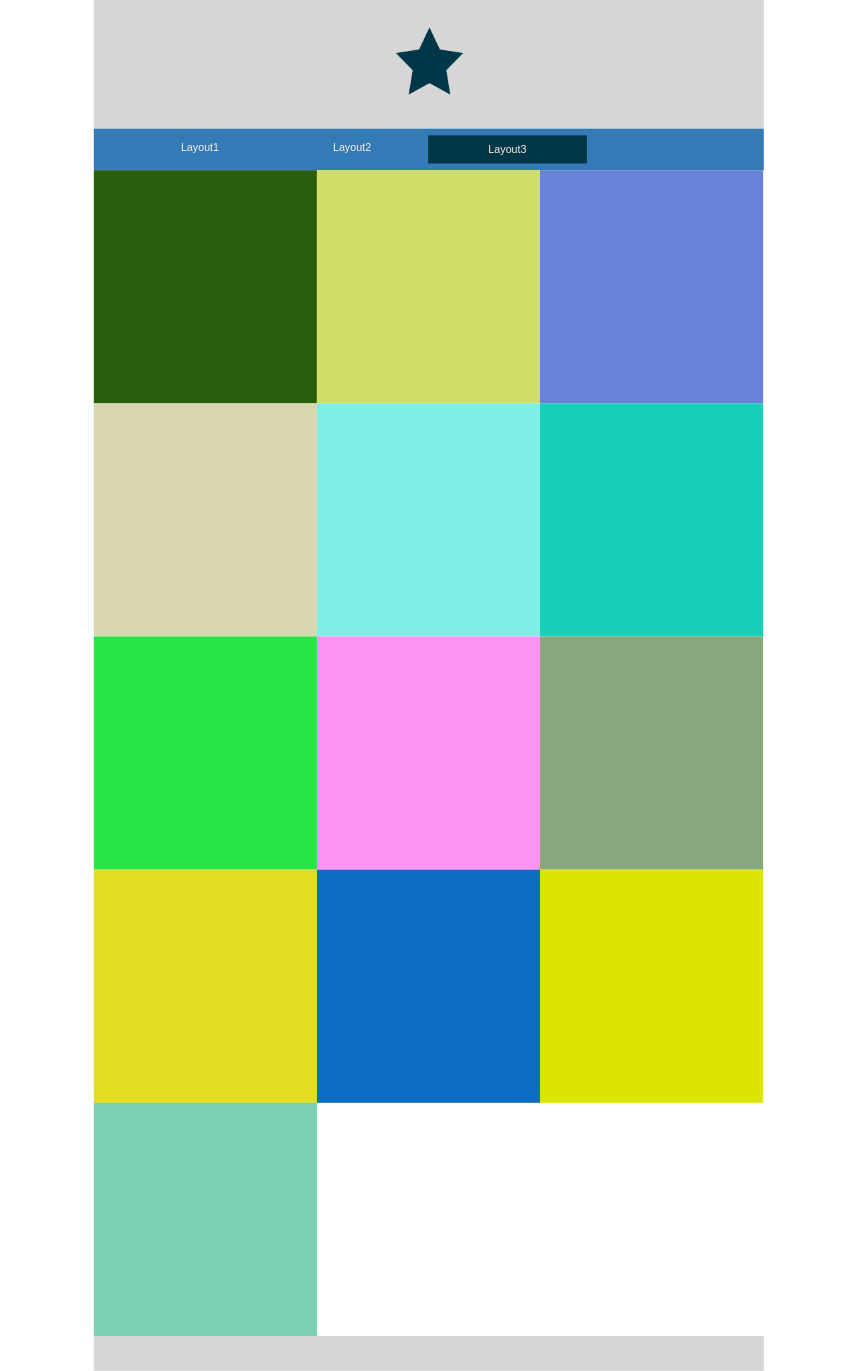
Repository: baliayassin/MyGame
Page: Documents/Aptana Studio 3 Workspace/homeWork2/layOut3.html
These files come from the project's save history. The page is drawn as it stood at one moment and after the next save; the edit follows.
The browser window is 1280 px wide. The pictures show the whole page, at 67% of full size.

Above is the page before, as saved 2017-12-13 11:53:55.
Console error: TypeError: Cannot set properties of undefined (setting 'innerHTML')

### Documents/Aptana Studio 3 Workspace/homeWork2/layOut3.html
<!DOCTYPE html >
<html>



	<head>

		<title> HomeWork2</title>
		<link rel="stylesheet" href="includes/style.css" />

		<meta charset="utf-8" />
	</head>

	<body id="wrapper3">

		<header>
	       <a href="layOut3.html"> </a>
        </header>


<main>
   <nav>
				<ul>
					<li> <a href="index.html">Layout1 </a> </li>
					<li> <a href="layOut2.html">Layout2 </a></li>
					<li><span> <a href="layOut3">Layout3 </a> </span></li>

				</ul>


			</nav>
			<article id="boxes">

				 </article>


		</main>



		<script src="includes/main.js"></script>
	<div class="clear"></div>
<footer>
	</footer>
	</body>




</html>

### Documents/Aptana Studio 3 Workspace/homeWork2/includes/style.css
*{
	margin:0px;
	padding: 0px;
}

main, nav, aside, footer, section, article, header {
	display:  block;

}

#wrapper {
	margin: 0px auto;
	width: 1000px;
}
#wrapper header{

	height:192px;
	background: #d6d6d6;

}

#wrapper header a{

	width:102px;
	height:102px;
	background-image:url("../images/star.png");
	position:relative;
	display:block;
	margin:0px auto;
	top: 40px;
    background-repeat: no-repeat;


}


#wrapper nav {

	height: 62px;
	background: #337AB7;

}

#wrapper nav ul{

	list-style-type: none;
	text-decoration: none;
	margin-left: 45px;

}

#wrapper nav ul li{

	float:left;

}

#wrapper nav a{

	display: inline-block;
	text-decoration: none;
	color: #ffeedd;
	font-family: Arial;



}

#wrapper nav span a{

	background:#003748;
	margin:10px auto;
	padding:12px 90px;


}
#wrapper nav li > a{

	margin:20px 85px;

}
#wrapper section{
	direction:rtl;
	display: inline-block;
	margin-top: 100px;
	vertical-align: top;


}
#wrapper section article{

	display:block;
	background: #62C462;
	margin-right: 25px;
	margin-left: 32px;
	margin-top: 30px;
}

#wrapper section article:first-child{

	height:121px;
	width:699px;


}
#wrapper section article:nth-child(2){

	height: 200px;
	width: 699px;


}
#wrapper section article:nth-child(3){

	height: 125px;
	width: 186px;


}

#wrapper aside{

	background: #EEEEEE;
	height: 697px;
	width: 240px;
	display: inline-block;

}

#wrapper aside article{

	background: #62C462;
	width:185px;
	height:126px;
	position: relative;
	margin-top: 264px;
	margin-left: 45px;


}

#wrapper footer{

	height:52px;
	background: #D6D6D6;
	margin-top:-4px;

}






/*********************************************************/



#wrapper2 {
	margin: 0px auto;
	width: 1000px;
}
#wrapper2 header{

	height:192px;
	background: #d6d6d6;

}

#wrapper2 header a{

	width:102px;
	height:102px;
	background-image:url("../images/star.png");
	position:relative;
	display:block;
	margin:0px auto;
    top: 40px;
    background-repeat: no-repeat;


}


#wrapper2 nav {

	width:146px;
	height: 759px;
	background: #337AB7;
    float:left;
    display: inline-block;
}




#wrapper2 nav ul {
	list-style-type: none;
}

#wrapper2 nav a{
	display: inline-block;
	text-decoration: none;
	color: #ffeedd;
	font-family: "Arial";
}

#wrapper2 nav li > a{
	margin-top: 6px;
	margin-bottom: 22px;
	margin-left: 6px;
}

#wrapper2 nav span a{
	background-color: #003748;
	padding-top: 18px;
	margin-bottom: 18px;
	padding-bottom: 18px;
	padding-left: 6px;
	width: 140px;
}


#wrapper2 aside{

	float:left;
	background-color: #eeeeee;
	width: 223px;
	height: 759px;
}

#wrapper2 aside article{

	background: #62C462;
	width:77px;
	height:66px;
	position: relative;
	margin-top: 261px;
	margin-left: 11px;


}


#wrapper2 section{

	display: inline-block;
	margin-top: 23px;



}

#wrapper2 section article:first-child{

	background:#62C462;
	margin-left:5px;
	height:508px;
	width:190px;
	float: left;


}

#wrapper2 section article:nth-child(2){

	background:#62C462;
	margin-left:30px;
	height:323px;
	width:190px;
	float:left;

}

#wrapper2 section article:nth-child(3){

	background:#62C462;
	margin-left:30px;
	height:123px;
	width:183px;
	float:left;

}


#wrapper2 section article p{

	background:#62C462;
	margin-left:220px;
	height:400px;
	width:190px;
	margin-top:345px;
	float:left
}


#wrapper2 footer{
	height: 52px;
	width: 1000px;
	position: fixed;
	bottom: 0px;
	background-color: #d6d6d6;
}

/*******************************************************/
#boxes{
	width:1000px;
	display: inline-block;

}


#wrapper3 {
	margin: 0px auto;
	width: 1000px;
}
#wrapper3 header{

	height:192px;
	background: #d6d6d6;

}

#wrapper3 header a{

	width:102px;
	height:102px;
	background-image:url("../images/star.png");
	position:relative;
	display:block;
	margin:0px auto;
	top: 40px;
    background-repeat: no-repeat;


}


#wrapper3 nav {

	height: 62px;
	background: #337AB7;

}

#wrapper3 nav ul{

	list-style-type: none;
	text-decoration: none;
	margin-left: 45px;

}

#wrapper3 nav ul li{

	float:left;

}

#wrapper3 nav a{

	display: inline-block;
	text-decoration: none;
	color: #ffeedd;
	font-family: Arial;



}

#wrapper3 nav span a{

	background:#003748;
	margin:10px auto;
	padding:12px 90px;


}
#wrapper3 nav li > a{

	margin:20px 85px;

}



.square{


	width: 333px;
	height:348px;
	float:left;

}

#wrapper3 article img{

	margin-left: 100px;
	margin-top: 100px;
}

#wrapper3 footer{

	height:52px;
	background: #D6D6D6;
	margin-top:-4px;

}

.clear{

	clear: both;
}

### Documents/Aptana Studio 3 Workspace/homeWork2/includes/main.js

var articleObjects=[13];
var mainPTR = document.getElementById('boxes');
var star='<img src="images/white_star.png">';
var plus='<img src="images/white_plus.png">';
(function articles(){



			for(var i=0;i<12;i++){

			     articleObjects[i]=document.createElement('article');

			     articleObjects[i].className="square";
			     articleObjects[i].style.background='#'+(0x1000000+(Math.random())*0xffffff).toString(16).substr(1,6);

                articleObjects[i].onclick=function(){

                	if(this.innerHTML==star )
                	this.innerHTML="";
                	else
                	    this.innerHTML=star;
                	};

                 document.getElementById('boxes').appendChild(articleObjects[i]);

                articleObjects[13]=document.createElement('article');
         	      articleObjects[i].className="square";
			     articleObjects[i].style.background='#'+(0x1000000+(Math.random())*0xffffff).toString(16).substr(1,6);
			     document.getElementById('boxes').appendChild(articleObjects[i]);
	}
	  articleObjects[13]=document.createElement('article');
         	      articleObjects[13].className="square";
			     articleObjects[13].style.background='#'+(0x1000000+(Math.random())*0xffffff).toString(16).substr(1,6);
			     document.getElementById('boxes').appendChild(articleObjects[13]);
	 //end for
	articleObjects[12].innerHTML=plus;
	articleObjects[12].setAttribute("id","plus");
	document.getElementById("plus").addEventListener("click", addArticle);


})();


function addArticle(){

	var newArticle=document.createElement('article');
	newArticle.className="square";
    newArticle.style.background='#'+(0x1000000+(Math.random())*0xffffff).toString(16).substr(1,6);

	//document.getElementById('boxes').appendChild(newArticle);
	 mainPTR[0].insertBefore(newArticle, articleObjects[0]);

	 addArticle();

}

After the next save:
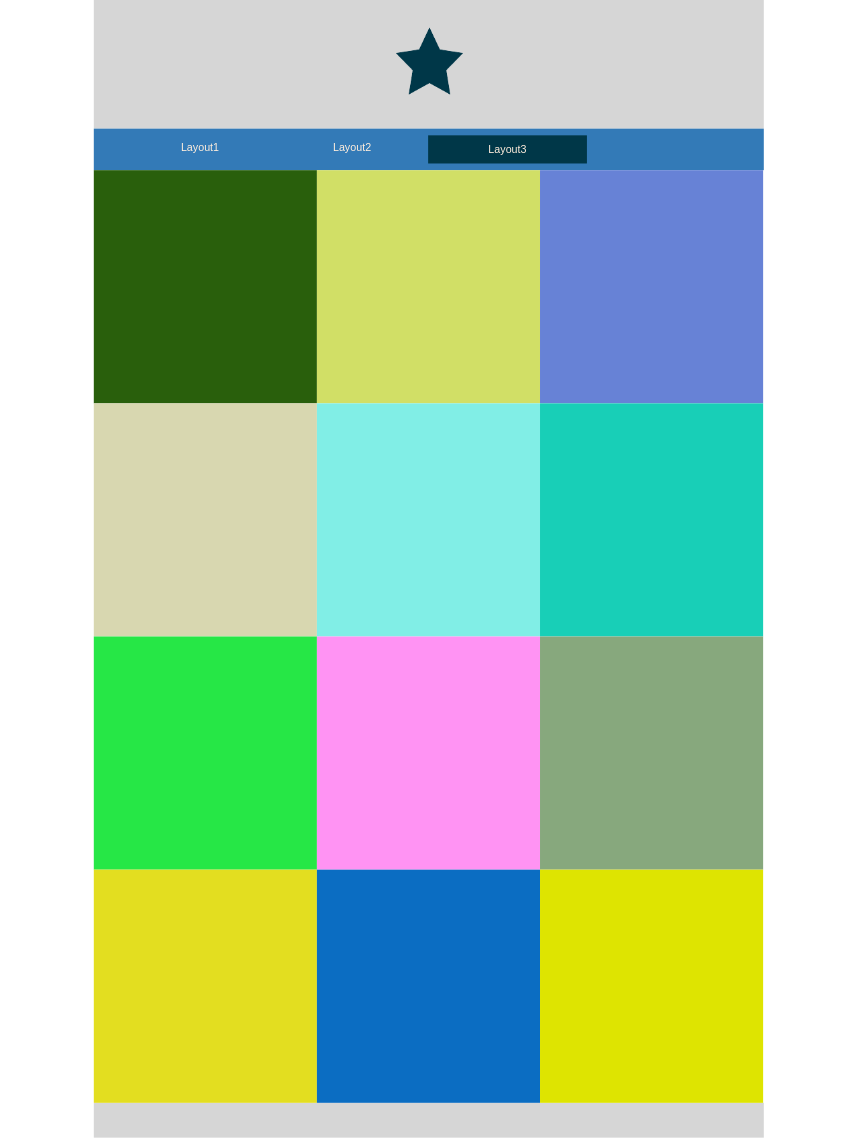
Console error: TypeError: Cannot read properties of null (reading 'addEventListener')
Saved 78 s later.
--- a/Documents/Aptana Studio 3 Workspace/homeWork2/includes/main.js
+++ b/Documents/Aptana Studio 3 Workspace/homeWork2/includes/main.js
@@ -29,10 +29,12 @@ var plus='<img src="images/white_plus.png">';
 			     articleObjects[i].style.background='#'+(0x1000000+(Math.random())*0xffffff).toString(16).substr(1,6);
 			     document.getElementById('boxes').appendChild(articleObjects[i]);
 	}
-	  articleObjects[13]=document.createElement('article');
-         	      articleObjects[13].className="square";
-			     articleObjects[13].style.background='#'+(0x1000000+(Math.random())*0xffffff).toString(16).substr(1,6);
+	             articleObjects[12]=document.createElement('article');
+         	     articleObjects[12].className="square";
+			     articleObjects[12].style.background='#'+(0x1000000+(Math.random())*0xffffff).toString(16).substr(1,6);
+
 			     document.getElementById('boxes').appendChild(articleObjects[13]);
+
 	 //end for
 	articleObjects[12].innerHTML=plus;
 	articleObjects[12].setAttribute("id","plus");
